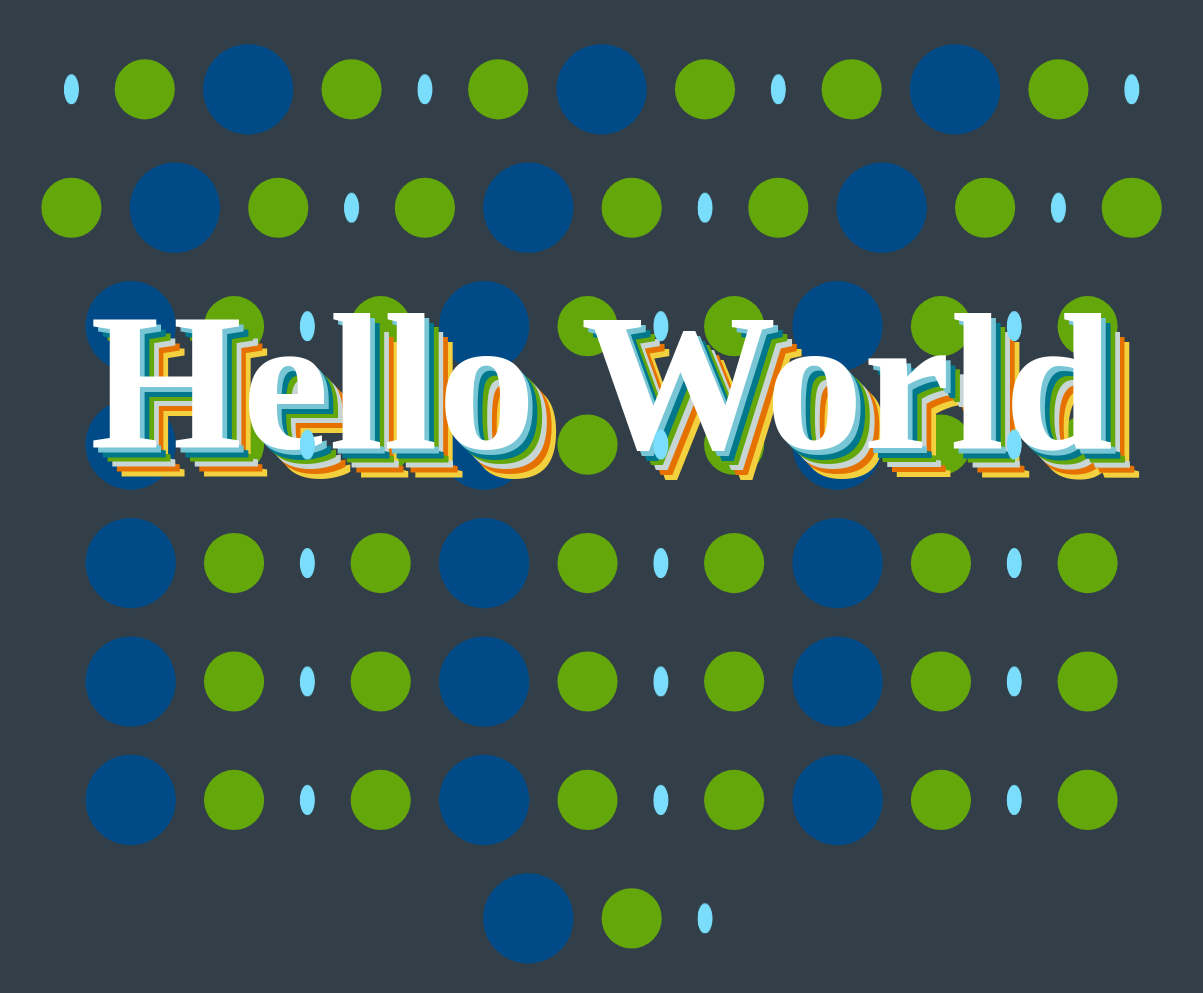
Repository: sarahlochhead/css-demo
Page: index.html
These files come from the project's save history. The page is drawn as it stood at one moment and after the next save; the edit follows.
The browser window is 1280 px wide. The pictures show the whole page, at 94% of full size.
Some web fonts or font styles are not loaded; a fallback is used.

Above is the page before, as saved 2023-04-28 14:25:25.

After the next save:
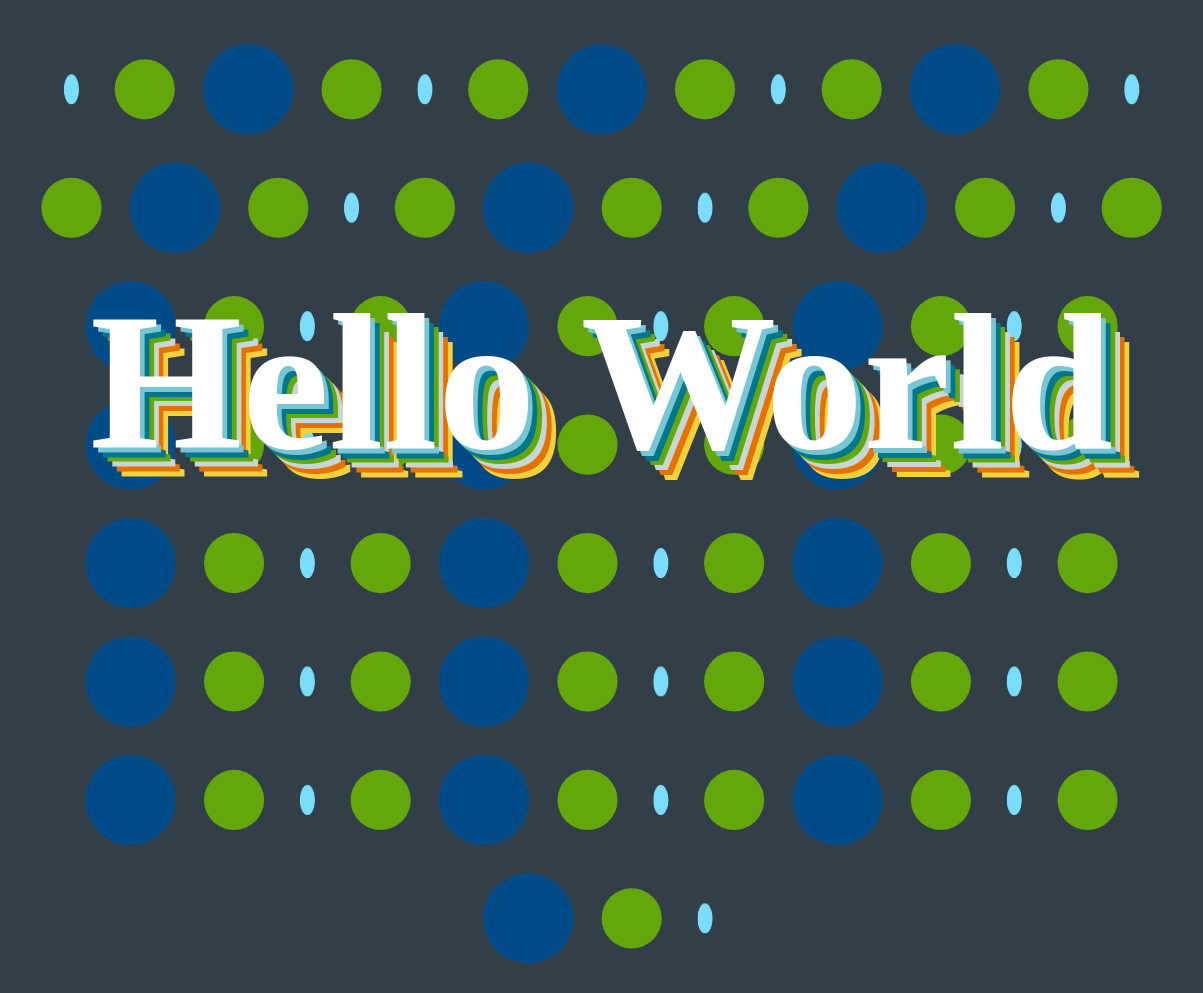
Saved 19 s later.
--- a/styles.css
+++ b/styles.css
@@ -16,6 +16,7 @@ h1 {
     font-family: 'Calligraffitti', cursive;
     font-weight: 700;
     font-size: 13rem;
+    z-index: 4;
 /* STEP 5: Explore the text-shadow property by changing the colo values and pixel values */
     text-shadow: 5px 5px 0px rgb(119, 197, 213),
     /* The first value is the horizontal shadow, next is the vertical shadow, these two values can be positive or negative numbers. The third number is  the blur radius of the shadow */
